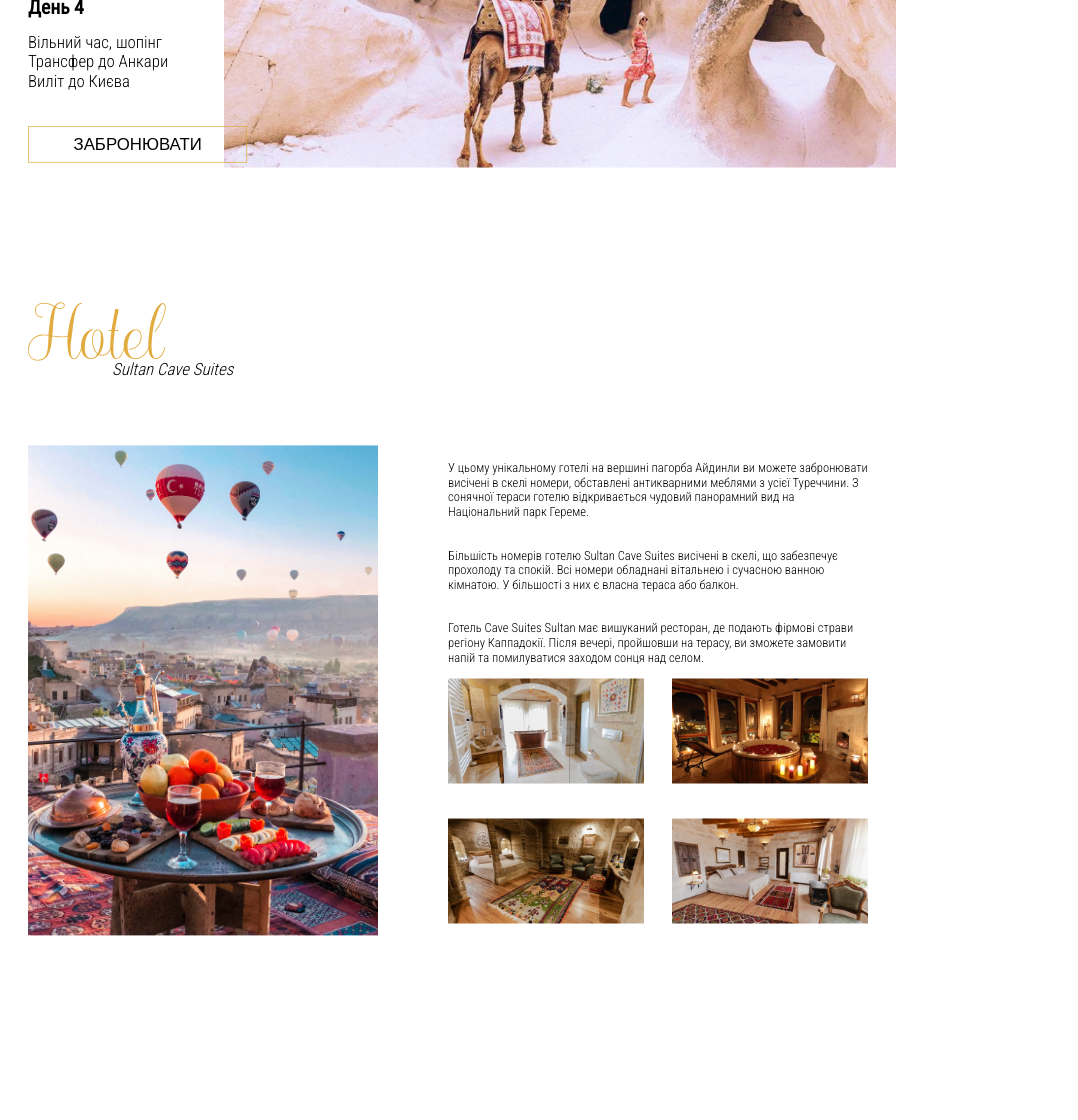
Repository: KYUUBI-K/cappadocia
Page: index.html
These files come from the project's save history. The page is drawn as it stood at one moment and after the next save; the edit follows.
The browser window is 1280 px wide. The page is 1540 px wide, so the pictures cover 1540 px, including what lies to the right of the window. The pictures show the part of the page from y = 2895 to 4495 px (the page is 4495 px tall before and 4453 px after), at 70% of full size.

Above is the page before, as saved 2025-08-21 18:51:18.

### index.html
<!DOCTYPE html>
<html lang="en">
  <head>
    <meta charset="UTF-8" />
    <meta name="viewport" content="width=device-width, initial-scale=1.0" />
    <title>Cappadocia</title>
    <link rel="stylesheet" href="./styles.css" />
  </head>
  <body>
    <header class="header">
      <div class="wrapper">
        <nav class="header-menu">
          <ul class="header-menu-list">
            <li class="header-menu-item">
              <a class="header-menu-link" href="#route">Маршрут</a>
            </li>
            <li class="header-menu-item">
              <a class="header-menu-link" href="#hotel">Готель</a>
            </li>
            <li class="header-menu-item">
              <a class="header-menu-link" href="#price">Вартість</a>
            </li>
          </ul>
          <div class="telephone">
            <svg
              class="phone-icon"
              width="30"
              height="30"
              viewBox="0 0 30 30"
              fill="none"
              xmlns="http://www.w3.org/2000/svg"
            >
              <g clip-path="url(#clip0_31_0)">
                <path
                  d="M23.7091 18.5839C23.0949 17.9444 22.3541 17.6025 21.569 17.6025C20.7902 17.6025 20.0431 17.9381 19.4036 18.5776L17.4027 20.5721C17.2381 20.4835 17.0735 20.4011 16.9152 20.3188C16.6873 20.2049 16.472 20.0972 16.2884 19.9832C14.4142 18.7929 12.7109 17.2416 11.0774 15.2345C10.2859 14.2341 9.75404 13.3919 9.36781 12.5372C9.88701 12.0623 10.3682 11.5684 10.8368 11.0935C11.0141 10.9162 11.1913 10.7326 11.3686 10.5553C12.6983 9.22568 12.6983 7.50346 11.3686 6.1738L9.64007 4.44525C9.44379 4.24896 9.24117 4.04635 9.05122 3.84373C8.67132 3.45117 8.27242 3.04594 7.86086 2.66604C7.24669 2.05819 6.51221 1.73528 5.73974 1.73528C4.96727 1.73528 4.22013 2.05819 3.58696 2.66604C3.58063 2.67237 3.58063 2.67237 3.5743 2.6787L1.42152 4.85047C0.61106 5.66093 0.148846 6.64868 0.0475384 7.79472C-0.104423 9.64358 0.440104 11.3658 0.857997 12.4928C1.88373 15.2598 3.41601 17.8241 5.70175 20.5721C8.47504 23.8836 11.8118 26.4986 15.6235 28.3411C17.0798 29.0313 19.0237 29.848 21.1954 29.9873C21.3284 29.9937 21.4677 30 21.5943 30C23.057 30 24.2853 29.4745 25.2477 28.4297C25.2541 28.4171 25.2667 28.4107 25.2731 28.3981C25.6023 27.9992 25.9822 27.6383 26.3811 27.252C26.6534 26.9924 26.932 26.7202 27.2042 26.4353C27.8311 25.7831 28.1603 25.0233 28.1603 24.2445C28.1603 23.4594 27.8247 22.7059 27.1852 22.0727L23.7091 18.5839ZM25.9759 25.2512C25.9695 25.2512 25.9695 25.2576 25.9759 25.2512C25.7289 25.5172 25.4757 25.7578 25.2034 26.0237C24.7918 26.4163 24.374 26.8278 23.9814 27.29C23.3419 27.9739 22.5884 28.2968 21.6007 28.2968C21.5057 28.2968 21.4044 28.2968 21.3094 28.2904C19.4289 28.1701 17.6813 27.4357 16.3707 26.8088C12.7869 25.0739 9.64007 22.6109 7.02508 19.4894C4.86597 16.887 3.42234 14.481 2.46625 11.8977C1.8774 10.3211 1.66212 9.09272 1.7571 7.93401C1.82042 7.19321 2.10534 6.57903 2.63087 6.0535L4.78999 3.89439C5.10024 3.60313 5.42949 3.44484 5.75241 3.44484C6.1513 3.44484 6.47422 3.68544 6.67683 3.88806C6.68317 3.89439 6.6895 3.90072 6.69583 3.90705C7.08206 4.26796 7.4493 4.64153 7.83554 5.04043C8.03182 5.24304 8.23443 5.44565 8.43705 5.6546L10.1656 7.38316C10.8368 8.05432 10.8368 8.67482 10.1656 9.34599C9.98198 9.5296 9.8047 9.71322 9.62108 9.89051C9.08921 10.435 8.58268 10.9416 8.03182 11.4354C8.01916 11.4481 8.00649 11.4544 8.00016 11.4671C7.45563 12.0116 7.55694 12.5435 7.67091 12.9044C7.67724 12.9234 7.68358 12.9424 7.68991 12.9614C8.13946 14.0504 8.77263 15.0762 9.73505 16.2982L9.74138 16.3045C11.4889 18.4573 13.3315 20.1352 15.3639 21.4205C15.6235 21.5852 15.8895 21.7181 16.1427 21.8448C16.3707 21.9587 16.586 22.0664 16.7696 22.1804C16.7949 22.193 16.8202 22.212 16.8456 22.2247C17.0608 22.3323 17.2634 22.383 17.4724 22.383C17.9979 22.383 18.3272 22.0537 18.4348 21.9461L20.6003 19.7806C20.8155 19.5654 21.1574 19.3058 21.5563 19.3058C21.9489 19.3058 22.2718 19.5527 22.4681 19.768C22.4744 19.7743 22.4744 19.7743 22.4808 19.7806L25.9695 23.2694C26.6217 23.9152 26.6217 24.5801 25.9759 25.2512Z"
                  fill="black"
                />
                <path
                  d="M16.2124 7.13621C17.8713 7.41481 19.3782 8.19994 20.5813 9.40296C21.7843 10.606 22.5631 12.1129 22.848 13.7718C22.9176 14.1897 23.2786 14.481 23.6901 14.481C23.7408 14.481 23.7851 14.4747 23.8357 14.4683C24.3043 14.3923 24.6145 13.9491 24.5386 13.4806C24.1966 11.4734 23.2469 9.64357 21.7969 8.19361C20.347 6.74365 18.5171 5.79389 16.51 5.45198C16.0414 5.376 15.6045 5.68625 15.5222 6.14847C15.4399 6.61068 15.7438 7.06023 16.2124 7.13621Z"
                  fill="black"
                />
                <path
                  d="M29.9654 13.2337C29.4019 9.92851 27.8443 6.92095 25.4509 4.52757C23.0575 2.13418 20.05 0.576584 16.7448 0.0130621C16.2826 -0.0692501 15.8457 0.247335 15.7634 0.70955C15.6874 1.1781 15.9977 1.61498 16.4662 1.6973C19.4168 2.1975 22.1078 3.59681 24.2479 5.73059C26.388 7.87071 27.781 10.5617 28.2812 13.5123C28.3508 13.9302 28.7117 14.2214 29.1233 14.2214C29.1739 14.2214 29.2183 14.2151 29.2689 14.2087C29.7311 14.1391 30.0477 13.6959 29.9654 13.2337Z"
                  fill="black"
                />
              </g>
              <defs>
                <clipPath id="clip0_31_0">
                  <rect width="30" height="30" fill="white" />
                </clipPath>
              </defs>
            </svg>
            <div class="number-text">+38(066)555-777-6</div>
          </div>
        </nav>
        <div class="main-title">
          <h1 class="main-title-text">Cappadocia</h1>
          <p class="main-subtitle-text">Ексклюзивний тур</p>
        </div>
      </div>
    </header>

    <section class="about">
      <div class="wrapper">
        <div class="about-title">
          <h2 class="section-title-text">Fairy tail</h2>
          <p class="about-subtitle-text">Казкова країна чудес</p>
        </div>
        <img
          src="./images/Rectangle-about.jpg"
          alt="Hot air balloon"
          class="about-img"
        />
        <div class="about-content">
          <aside class="about-text">
            <!-- prettier-ignore -->
            <p>
            Каппадокія – казкова країна повітряних куль, сирних будиночків,
            різнокольорових долин та чарівних світанків!
            Сюди приїжджають, щоб побачити природні чудеса політати на
            повітряній кулі і, звичайно ж,зробити мільйон красивих фотографій!
          </p>
            <!-- prettier-ignore -->
            <p>
            На учасників туру чекає професійна фотосесія від найкращих
            фотографів Каппадокії!
            Адже саме за чарівними світанками на тлі повітряних куль сюди
            приїжджають люди з усього світу!
          </p>

            <h3>Також Ви побачите:</h3>
            <ul class="about-list">
              <li>Музей на відкритому повітрі у Геремі</li>
              <li>Ущелина Іхлара та монастир Селіме</li>
              <li>Підземні міста</li>
              <li>Фортеця Учхісар</li>
              <li>Зельве та Пашабаг</li>
            </ul>
            <p>та багато інших визначних пам'яток.</p>
            <!-- prettier-ignore -->
            <p>
            Місцева кухня - один із приводів відвідати Каппадокію, тут є ресторани
            на будь-який бюджет.
          </p>
          </aside>
        </div>
      </div>
    </section>

    <section class="route" id="route">
      <div class="wrapper">
        <div class="route-title">
          <h2 class="section-title-text">Our trip</h2>
          <p class="route-subtitle-text">Маршрут</p>
        </div>
        <img
          src="./images/Rectangle-route.png"
          alt="Route map"
          class="route-img"
        />
        <div class="route-content">
          <aside class="route-text">
            <div class="day">
              <h3>День 1</h3>
              <ul>
                <li>Виліт з Києва</li>
                <li>Трансфер до Каппадокії</li>
                <li>Поселення в готель</li>
                <li>Вечірня фотосесія</li>
              </ul>
            </div>

            <div class="day">
              <h3>День 2</h3>
              <ul>
                <li>Фотосесія</li>
                <li>Сніданок у готелі</li>
                <li>Денний тур Каппадокією</li>
                <li>Захід сонця з панорамним видом</li>
              </ul>
            </div>

            <div class="day">
              <h3>День 3</h3>
              <ul>
                <li>Політ на повітряній кулі</li>
                <li>Сніданок у готелі</li>
                <li>Екскурсії на вибір</li>
              </ul>
            </div>

            <div class="day">
              <h3>День 4</h3>
              <ul>
                <li>Вільний час, шопінг</li>
                <li>Трансфер до Анкари</li>
                <li>Виліт до Києва</li>
              </ul>
            </div>
            <button type="button" class="reservation">Забронювати</button>
          </aside>
        </div>
      </div>
    </section>
    <section class="hotel" id="hotel">
      <div class="wrapper">
        <div class="hotel-title">
          <h2 class="section-title-text">Hotel</h2>
          <p class="hotel-subtitle-text">Sultan Cave Suites</p>
        </div>

        <div class="hotel-content">
          <img
            src="./images/Rectangle-hotel.jpg"
            alt="Hot air balloon"
            class="hotel-img"
          />
          <aside class="hotel-text">
            <!-- prettier-ignore -->
            <p>
              У цьому унікальному готелі на вершині пагорба Айдинли ви можете забронювати
              висічені в скелі номери, обставлені антикварними меблями з усієї Туреччини. З
              сонячної тераси готелю відкривається чудовий панорамний вид на
              Національний парк Гереме.
            </p>
            <!-- prettier-ignore -->
            <p>
              Більшість номерів готелю Sultan Cave Suites висічені в скелі, що забезпечує
              прохолоду та спокій. Всі номери обладнані вітальнею і сучасною ванною
              кімнатою. У більшості з них є власна тераса або балкон.
            </p>
            <!-- prettier-ignore -->
            <p>
              Готель Cave Suites Sultan має вишуканий ресторан, де подають фірмові страви
              регіону Каппадокії. Після вечері, пройшовши на терасу, ви зможете замовити
              напій та помилуватися заходом сонця над селом.
            </p>
            <div class="hotel-images-list">
              <img
                src="./images/Rectangle-hotel1.jpg"
                alt="Hotel room"
                class="hotel-image"
              />
              <img
                src="./images/Rectangle-hotel2.jpg"
                alt="Hotel room"
                class="hotel-image"
              />
              <img
                src="./images/Rectangle-hotel3.jpg"
                alt="Hotel room"
                class="hotel-image"
              />
              <img
                src="./images/Rectangle-hotel4.jpg"
                alt="Hotel room"
                class="hotel-image"
              />
            </div>

        </div>
      </div>
    </section>
  </body>
</html>

### styles.css
@font-face {
  font-family: "Roboto Condensed";
  src: url("./fonts/RobotoCondensed-Light.woff2") format("woff2");
  font-weight: 300;
  font-style: normal;
  font-display: swap;
}

@font-face {
  font-family: "Roboto Condensed";
  src: url("./fonts/RobotoCondensed-Regular.woff2") format("woff2");
  font-weight: 400;
  font-style: normal;
  font-display: swap;
}

@font-face {
  font-family: "Balqis";
  src: url("./fonts/Balqis.woff2") format("woff2");
  font-weight: 400;
  font-style: normal;
  font-display: swap;
}

html {
  box-sizing: border-box;
}
*,
*::before,
*::after {
  box-sizing: inherit;
  margin: 0;
  padding: 0;
}

:root {
  --color-dark: #000000;
  --color-light: #ffffff;
  --color-gray: #e5e5e5;
  --color-orange: #e2ab3f;

  --border: 1px solid var(--color-orange);

  --font-family-base: "Roboto Condensed", sans-serif;
  --font-family-accent: "Balqis", sans-serif;

  --input-height: 50px;
}

li {
  list-style: none;
}

body {
  /* word-wrap: break-word; */
  font-size: 18px;
  font-family: var(--font-family-base);
  background-color: var(--color-light);
  color: var(--color-dark);
}

.header {
  min-height: 100svh;
  background: url("./images/Rectangle.jpg") no-repeat center center;
  background-size: cover;
  background-position: center;
  margin-bottom: 200px;
}
.wrapper {
  margin: 0 auto;
  height: 100%;
  max-width: 1200px;
}

.header-menu {
  display: flex;
  justify-content: space-between;
  align-items: center;
  font-family: var(--font-family-base);
  font-size: 24px;
  font-weight: 400;
  padding-top: 72px;
}
.header-menu-list {
  display: flex;
  column-gap: 45px;
}
.header-menu-link {
  text-decoration: none;
  color: inherit;
}
.telephone {
  display: flex;
  align-items: center;
  column-gap: 10px;
}

.main-title {
  margin-top: 152px;
  text-align: center;
}

.main-title-text {
  font-family: var(--font-family-accent);
  font-size: 250px;
  font-weight: 400;
  line-height: 1;
}

.main-subtitle-text {
  font-family: var(--font-family-base);
  color: var(--color-dark);
  font-weight: 300;
  font-size: 56px;
  line-height: 0;
  font-style: italic;
  transform: translateX(25%);
}

.about {
  margin-bottom: 200px;
  position: relative;
}

.about-title {
  margin-bottom: 100px;
}

.section-title-text {
  font-family: var(--font-family-accent);
  font-weight: 400;
  line-height: 1;
  font-size: 96px;
  color: var(--color-orange);
}

.about-subtitle-text {
  font-family: var(--font-family-base);
  font-weight: 300;
  font-size: 24px;
  font-style: italic;
  line-height: 0;
  transform: translateX(15%);
}

.about-content {
  display: flex;
  justify-content: flex-end;
}

.about-img {
  position: absolute;
  left: 0;
  width: 960px;
  height: 700px;
  object-fit: cover;
  object-position: center;
}
.about-text p {
  font-family: var(--font-family-base);
  font-weight: 300;
  font-size: 18px;
  white-space: pre-line;
  padding-bottom: 50px;
}
.about-list {
  padding-bottom: 50px;
  font-family: var(--font-family-base);
  font-weight: 300;
}

.about-text h3 {
  padding-bottom: 50px;
}

.route {
  position: relative;
  margin-bottom: 200px;
}
.route-title {
  margin-bottom: 108px;
}

.route-subtitle-text {
  transform: translateX(20%);
  font-family: var(--font-family-base);
  font-weight: 300;
  font-size: 24px;
  font-style: italic;
  line-height: 0;
}
.route-content {
  position: relative;
  font-family: var(--font-family-base);
}
.day {
  max-width: 295px;
  margin-bottom: 50px;
}
.route-text {
  font-size: 24px;
  font-weight: 300;
  margin-bottom: 50px;
}
.day h3 {
  margin-bottom: 20px;
}

.reservation {
  border: var(--border);
  text-transform: uppercase;
  font-size: 24px;
  padding: 11px 64px;
  background: none;
}

.route-img {
  position: absolute;
  top: 0;
  right: 0;
  width: 960px;
  height: 1095px;
  object-fit: cover;
  object-position: center;
}

.hotel {
  margin-bottom: 200px;
  position: relative;
}
.hotel-title {
  margin-bottom: 108px;
}
.hotel-subtitle-text {
  transform: translateX(10%);
  font-family: var(--font-family-base);
  font-weight: 300;
  font-size: 24px;
  font-style: italic;
  line-height: 0;
}
.hotel-content {
  display: flex;
  justify-content: space-between;
  column-gap: 100px;
}

.hotel-text {
  margin-bottom: 80px;
}
.hotel-text p {
  margin-bottom: 20px;
  white-space: pre-line;
  font-family: var(--font-family-base);
  font-size: 18px;
  font-weight: 300;
}
.hotel-img {
  width: 500px;
  height: 700px;
  object-fit: cover;
  object-position: center;
}

.hotel-images-list {
  display: flex;
  flex-direction: row;
  flex-wrap: wrap;
  justify-content: space-between;
  row-gap: 50px;
}
.hotel-image {
  width: 280px;
  height: 150px;
  object-fit: cover;
  object-position: center;
}
@media (max-width: 1040px) {
  .main-title-text {
    font-size: 150px;
  }
  .main-subtitle-text {
    font-size: 46px;
  }
}

@media (max-width: 830px) {
  .header-menu {
    padding-top: 40px;
  }

  .header-menu-list {
    column-gap: 35px;
  }
  .main-title-text {
    font-size: 150px;
  }
  .main-subtitle-text {
    font-size: 36px;
  }
}

@media (max-width: 630px) {
  .header-menu {
    font-size: 18px;
  }
  .header-menu-list {
    column-gap: 20px;
  }
  .telephone {
    column-gap: 5px;
  }
  .phone-icon {
    width: 18px;
    height: 18px;
  }
  .main-title-text {
    font-size: 100px;
  }
  .main-subtitle-text {
    font-size: 26px;
  }
}

@media (max-width: 450px) {
  .header-menu {
    font-size: 15px;
  }
  .header-menu-list {
    column-gap: 15px;
  }
  .telephone {
    column-gap: 3px;
  }
  .phone-icon {
    width: 15px;
    height: 15px;
  }
  .main-title-text {
    font-size: 50px;
  }
  .main-subtitle-text {
    font-size: 15px;
  }
}

After the next save:
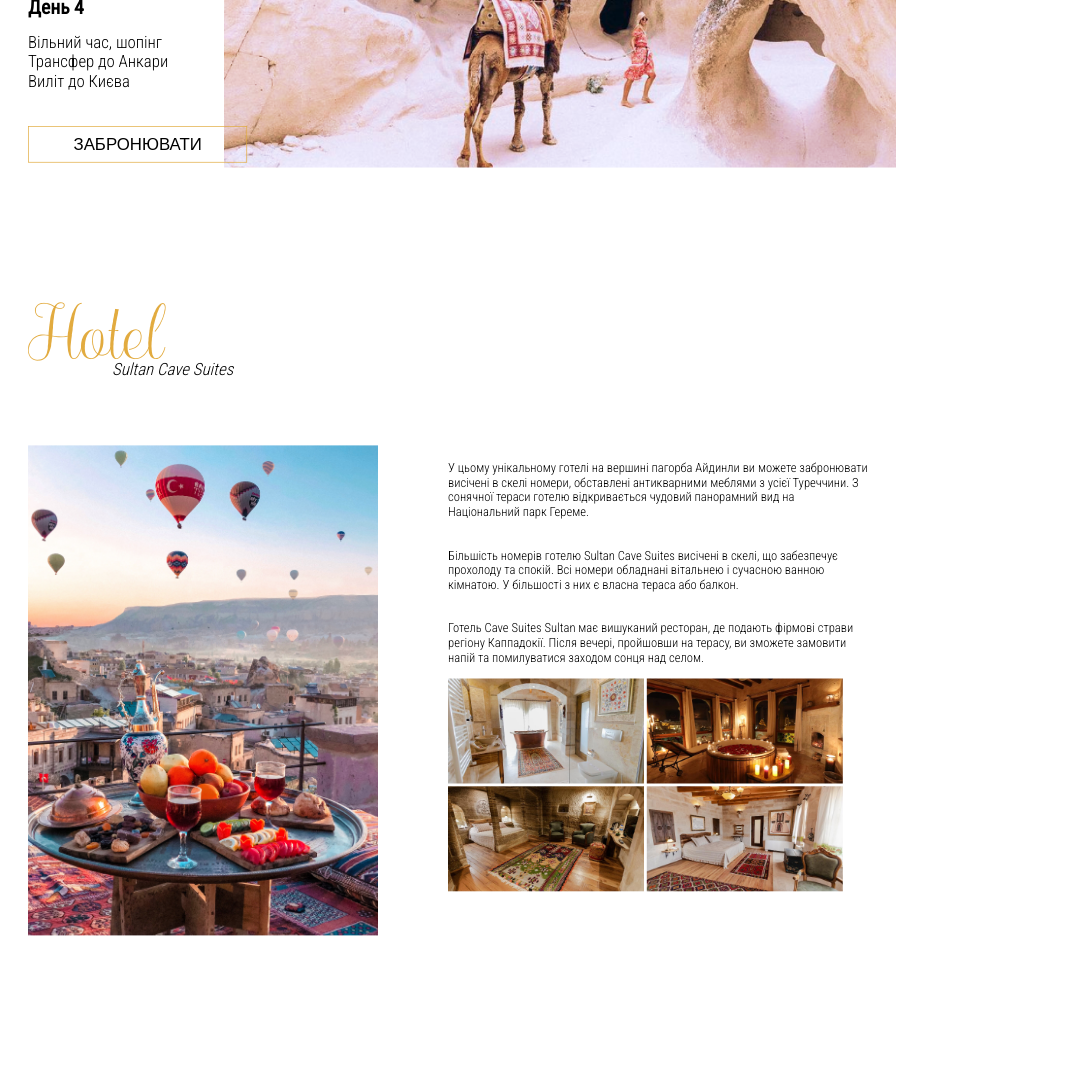
Saved 5 s later.
--- a/index.html
+++ b/index.html
@@ -195,7 +195,7 @@
               регіону Каппадокії. Після вечері, пройшовши на терасу, ви зможете замовити
               напій та помилуватися заходом сонця над селом.
             </p>
-            <div class="hotel-images-list">
+            <div class="hotel-images-">
               <img
                 src="./images/Rectangle-hotel1.jpg"
                 alt="Hotel room"
@@ -217,7 +217,7 @@
                 class="hotel-image"
               />
             </div>
-
+          </aside>
         </div>
       </div>
     </section>

After the save that followed:
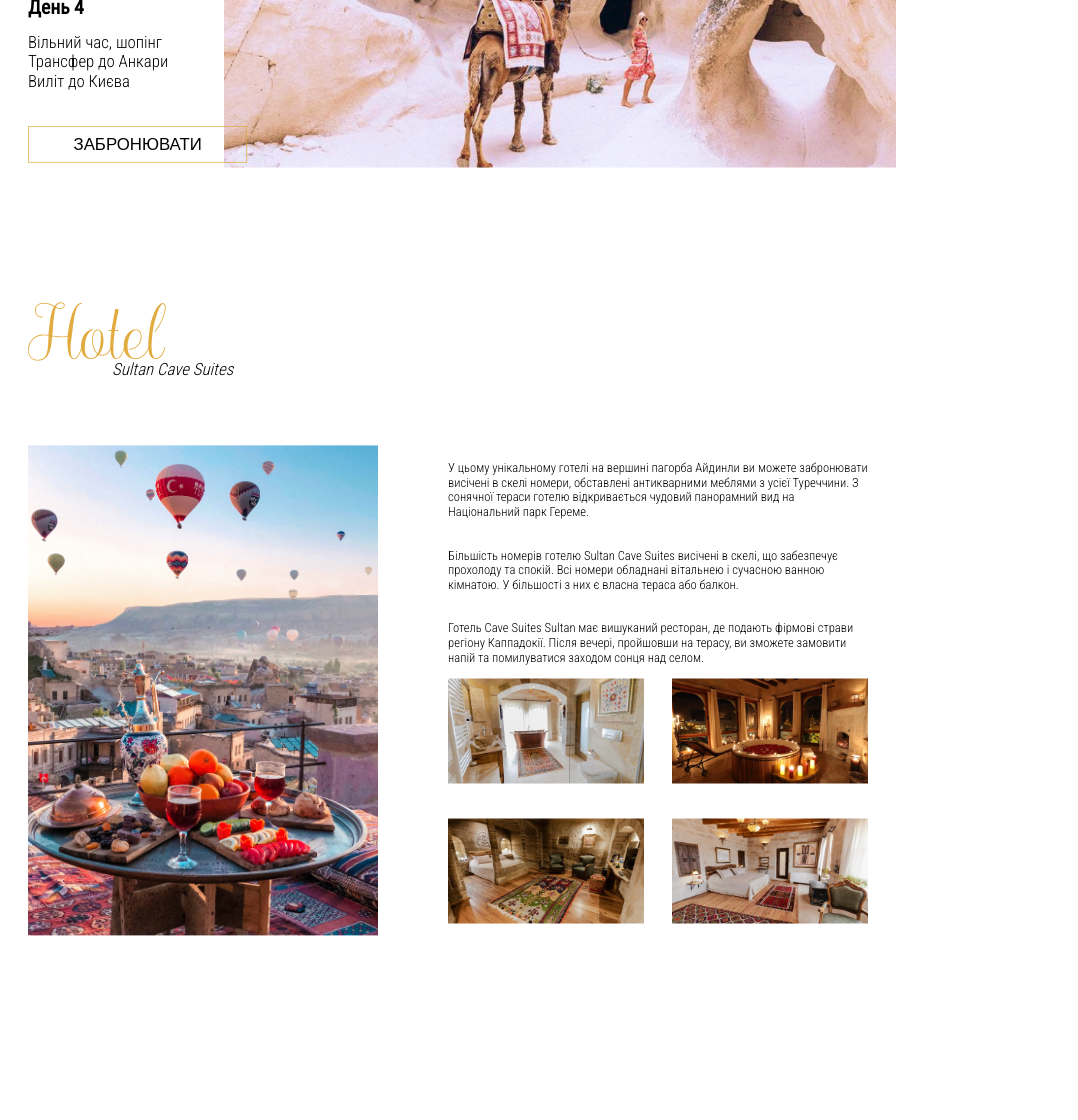
Saved 8 s later.
--- a/index.html
+++ b/index.html
@@ -195,7 +195,7 @@
               регіону Каппадокії. Після вечері, пройшовши на терасу, ви зможете замовити
               напій та помилуватися заходом сонця над селом.
             </p>
-            <div class="hotel-images-">
+            <div class="hotel-images-list">
               <img
                 src="./images/Rectangle-hotel1.jpg"
                 alt="Hotel room"
